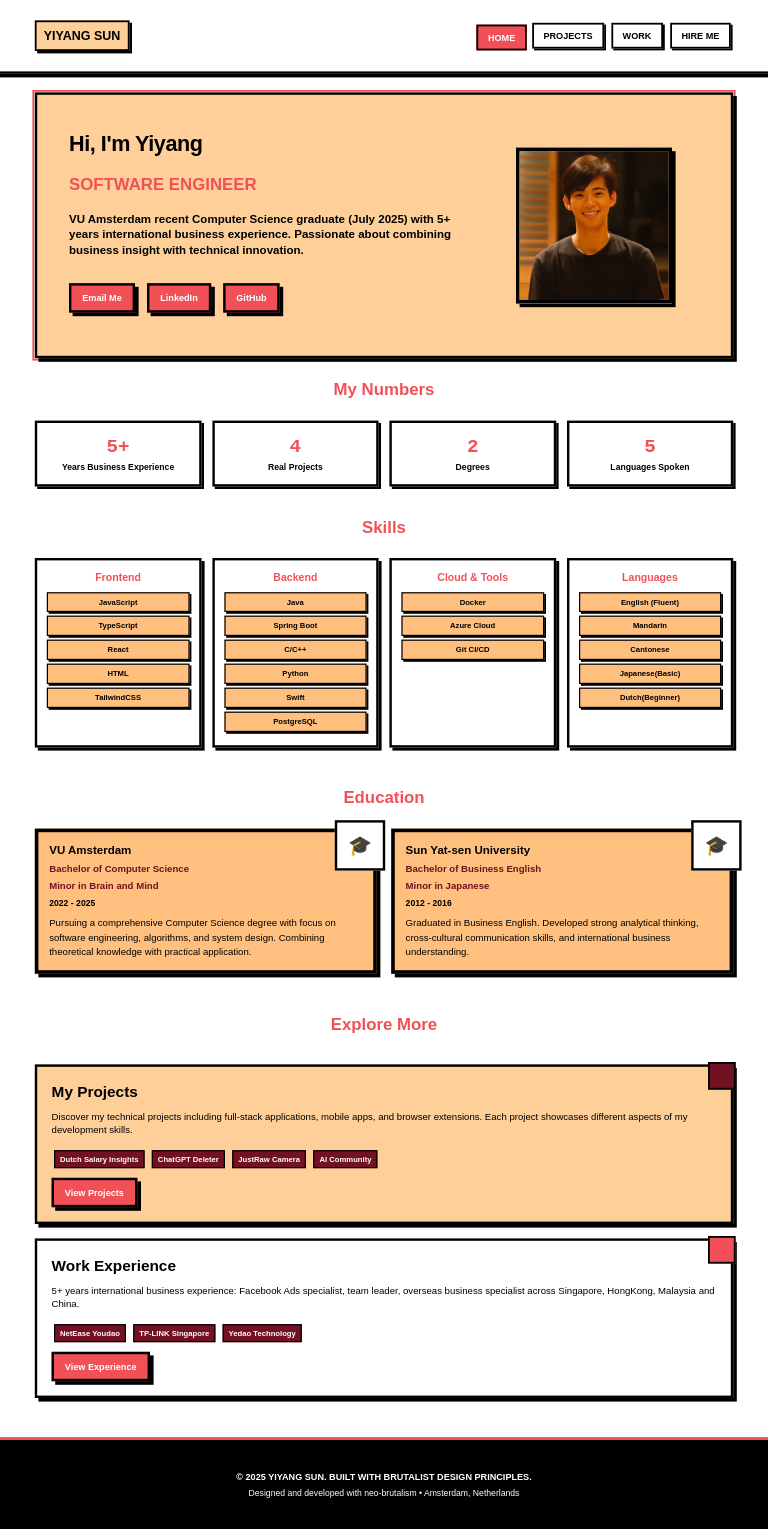
Repository: miloyiyangsun/yiyangsun.github.io
Page: .superdesign/design_iterations/yiyang_home_v2.html
These files come from the project's save history. The page is drawn as it stood at one moment and after the next save; the edit follows.
The browser window is 1280 px wide. The pictures show the whole page, at 60% of full size.

Above is the page before, as saved 2025-09-03 18:37:48.

### .superdesign/design_iterations/yiyang_home_v2.html
<!DOCTYPE html>
<html lang="en">
  <head>
    <meta charset="UTF-8" />
    <meta name="viewport" content="width=device-width, initial-scale=1.0" />
    <title>
      Yiyang Sun - Computer Science Student [Neo-Brutalist Portfolio]
    </title>
    <meta
      name="description"
      content="Yiyang Sun - VU Amsterdam Computer Science student with 5+ years business experience. Neo-brutalist portfolio design."
    />

    <!-- Neo-Brutalist Theme -->
    <link rel="stylesheet" href="brutalist_theme_v2.css" />

    <style>
      /* Page-specific brutal styles */
      body {
        padding-top: 120px;
        background: #ffffff;
      }

      .main-container {
        max-width: 1200px;
        margin: 0 auto;
        padding: 18px;
      }

      /* Navigation Layout - Right Align */
      .brutalist-nav .main-container {
        display: flex;
        justify-content: space-between;
        align-items: center;
      }

      .nav-links {
        display: flex;
        gap: 4px;
      }

      /* Navigation Brand - Brutalist */
      .nav-brand {
        background: #ffcf99;
        border: 3px solid #000000;
        padding: 8px 12px;
        box-shadow: 4px 4px 0 #000000;
        font-weight: 900;
      }

      /* Hero Layout - Left Right */
      .hero-layout {
        display: grid;
        grid-template-columns: 1fr 350px;
        gap: 48px;
        align-items: center;
        max-width: 1050px;
        margin: 0 auto;
      }

      .hero-content {
        text-align: left;
      }

      .hero-avatar {
        display: flex;
        justify-content: center;
        align-items: center;
      }

      /* Hero Avatar - Brutalist */
      .brutalist-avatar-container {
        display: inline-block;
        position: relative;
      }

      .brutalist-avatar {
        width: 260px;
        height: 260px;
        border: 6px solid #000000;
        box-shadow: 6px 6px 0 #000000;
        display: block;
        border-radius: 0;
        object-fit: cover;
      }

      /* Stats specific styling */
      .stats-section {
        margin: 32px 0;
      }

      /* Skills brutal grid */
      .skills-brutal-grid {
        display: grid;
        grid-template-columns: repeat(4, 1fr);
        gap: 18px;
        margin: 24px 0;
      }

      .skill-category {
        background: #ffffff;
        border: 4px solid #000000;
        padding: 16px;
        box-shadow: 5px 5px 0 #000000;
      }

      .skill-category h3 {
        color: #f15156;
        font-size: 1.1rem;
        margin-bottom: 12px;
        text-align: center;
      }

      .skill-item {
        background: #ffc07f;
        border: 2px solid #000000;
        padding: 6px 10px;
        margin: 6px 0;
        font-weight: 700;
        font-size: 0.8rem;
        text-align: center;
        box-shadow: 3px 3px 0 #000000;
      }

      .skill-item:hover {
        background: #f15156;
        color: #ffffff;
        transform: translate(-1px, -1px);
        box-shadow: 4px 4px 0 #000000;
      }

      /* Preview cards brutal */
      .preview-section {
        margin: 48px 0;
      }

      .preview-card {
        background: #ffffff;
        border: 4px solid #000000;
        padding: 24px;
        margin: 24px 0;
        box-shadow: 6px 6px 0 #000000;
        position: relative;
      }

      .preview-card::before {
        content: "";
        position: absolute;
        top: -8px;
        right: -8px;
        width: 40px;
        height: 40px;
        background: #f15156;
        border: 3px solid #000000;
      }

      .preview-card:nth-child(even) {
        background: #ffcf99;
      }

      .preview-card:nth-child(even)::before {
        background: #721121;
      }

      .preview-title {
        font-size: 1.6rem;
        font-weight: 900;
        color: #000000;
        margin-bottom: 12px;
      }

      .preview-description {
        font-size: 1rem;
        line-height: 1.4;
        margin-bottom: 18px;
      }

      .preview-tags {
        margin: 12px 0;
      }

      .preview-tag {
        display: inline-block;
        background: #721121;
        color: #ffffff;
        padding: 4px 8px;
        margin: 4px;
        border: 2px solid #000000;
        font-weight: 700;
        font-size: 0.8rem;
      }

      /* Education Section - Brutal */
      .education-grid {
        display: grid;
        grid-template-columns: repeat(auto-fit, minmax(400px, 1fr));
        gap: 24px;
        margin: 32px 0;
      }

      .education-card {
        background: #ffc07f;
        border: 6px solid #000000;
        padding: 18px;
        box-shadow: 6px 6px 0 #000000;
        position: relative;
      }

      .education-card::before {
        content: "🎓";
        position: absolute;
        top: -20px;
        right: -20px;
        font-size: 2rem;
        background: #ffffff;
        border: 4px solid #000000;
        padding: 8px;
        width: 60px;
        height: 60px;
        display: flex;
        align-items: center;
        justify-content: center;
      }

      .edu-institution {
        font-size: 1.2rem;
        font-weight: 900;
        color: #000000;
        margin-bottom: 6px;
      }

      .edu-degree {
        font-size: 1rem;
        font-weight: 700;
        color: #721121;
        margin-bottom: 6px;
      }

      .edu-period {
        font-size: 0.9rem;
        font-weight: 600;
        color: #000000;
        margin-bottom: 12px;
      }

      .edu-description {
        font-size: 1rem;
        line-height: 1.5;
        font-weight: 500;
      }

      /* Mobile brutal responsive */
      @media (max-width: 768px) {
        .hero-layout {
          grid-template-columns: 1fr;
          gap: 24px;
          text-align: center;
        }

        .hero-content {
          text-align: center;
          order: 2;
        }

        .hero-avatar {
          order: 1;
        }

        .brutalist-avatar {
          width: 225px;
          height: 225px;
        }

        .education-grid {
          grid-template-columns: 1fr;
        }

        .skills-brutal-grid {
          grid-template-columns: repeat(2, 1fr);
          gap: 12px;
        }

        .preview-card {
          padding: 16px;
          margin: 16px 0;
        }

        .nav-brand {
          font-size: 1.1rem !important;
          padding: 6px 10px;
        }

        .nav-links {
          gap: 2px;
        }
      }
    </style>
  </head>

  <body>
    <!-- Brutalist Navigation -->
    <nav class="brutalist-nav">
      <div class="main-container">
        <strong class="nav-brand" style="font-size: 1.3rem">YIYANG SUN</strong>
        <div class="nav-links">
          <a href="yiyang_home_v2.html" class="brutalist-nav-item active"
            >HOME</a
          >
          <a href="yiyang_projects_v2.html" class="brutalist-nav-item"
            >PROJECTS</a
          >
          <a href="yiyang_work_v2.html" class="brutalist-nav-item">WORK</a>
          <a href="yiyang_hireme_v2.html" class="brutalist-nav-item">HIRE ME</a>
        </div>
      </div>
    </nav>

    <!-- Main Content -->
    <main class="main-container">
      <!-- Hero Section - Brutalist -->
      <section class="brutalist-hero">
        <div class="hero-layout">
          <div class="hero-content">
            <h1 class="title-huge" style="margin: 24px 0">Hi, I'm Yiyang</h1>
            <h2
              class="title-large"
              style="margin: 16px 0; text-transform: uppercase"
            >
              software engineer
            </h2>

            <p
              style="
                font-size: 1.2rem;
                margin: 24px 0;
                font-weight: 700;
                line-height: 1.4;
              "
            >
              VU Amsterdam recent Computer Science graduate (July 2025) with 5+
              years international business experience. Passionate about
              combining business insight with technical innovation.
            </p>

            <div style="margin: 32px 0">
              <a
                href="mailto:miloyysun@outlook.com"
                class="brutalist-button"
                style="margin: 8px 8px 8px 0"
                >Email Me</a
              >
              <a
                href="https://linkedin.com/in/yiyangsunmilo"
                class="brutalist-button"
                style="margin: 8px"
                >LinkedIn</a
              >
              <a
                href="https://github.com/miloyiyangsun"
                class="brutalist-button"
                style="margin: 8px"
                >GitHub</a
              >
            </div>
          </div>

          <div class="hero-avatar">
            <div class="brutalist-avatar-container">
              <img
                src="../../assets/images/yiyang-photo.jpg"
                alt="Yiyang Sun"
                class="brutalist-avatar"
              />
            </div>
          </div>
        </div>
      </section>

      <!-- Stats Section - Brutalist -->
      <section class="stats-section">
        <h2 class="title-large brutalist-text-center" style="margin: 32px 0">
          My Numbers
        </h2>

        <div class="brutalist-stats">
          <div class="brutalist-stat">
            <span class="brutalist-stat-number">5+</span>
            <span class="brutalist-stat-label">Years Business Experience</span>
          </div>
          <div class="brutalist-stat">
            <span class="brutalist-stat-number">4</span>
            <span class="brutalist-stat-label">Real Projects</span>
          </div>
          <div class="brutalist-stat">
            <span class="brutalist-stat-number">2</span>
            <span class="brutalist-stat-label">Degrees</span>
          </div>
          <div class="brutalist-stat">
            <span class="brutalist-stat-number">5</span>
            <span class="brutalist-stat-label">Languages Spoken</span>
          </div>
        </div>
      </section>

      <!-- Skills Section - Brutalist -->
      <section>
        <h2
          class="title-large brutalist-text-center"
          style="margin: 48px 0 32px 0"
        >
          Skills
        </h2>

        <div class="skills-brutal-grid">
          <div class="skill-category">
            <h3>Frontend</h3>
            <div class="skill-item">JavaScript</div>
            <div class="skill-item">TypeScript</div>
            <div class="skill-item">React</div>
            <div class="skill-item">HTML</div>
            <div class="skill-item">TailwindCSS</div>
          </div>

          <div class="skill-category">
            <h3>Backend</h3>
            <div class="skill-item">Java</div>
            <div class="skill-item">Spring Boot</div>
            <div class="skill-item">C/C++</div>
            <div class="skill-item">Python</div>
            <div class="skill-item">Swift</div>
            <div class="skill-item">PostgreSQL</div>
          </div>

          <div class="skill-category">
            <h3>Cloud & Tools</h3>
            <div class="skill-item">Docker</div>
            <div class="skill-item">Azure Cloud</div>
            <div class="skill-item">Git CI/CD</div>
          </div>

          <div class="skill-category">
            <h3>Languages</h3>
            <div class="skill-item">English (Fluent)</div>
            <div class="skill-item">Mandarin</div>
            <div class="skill-item">Cantonese</div>
            <div class="skill-item">Japanese(Basic)</div>
            <div class="skill-item">Dutch(Beginner)</div>
          </div>
        </div>
      </section>

      <!-- Education Section -->
      <section>
        <h2
          class="title-large brutalist-text-center"
          style="margin: 64px 0 32px 0"
        >
          Education
        </h2>

        <div class="education-grid">
          <div class="education-card">
            <div class="edu-institution">VU Amsterdam</div>
            <div class="edu-degree">Bachelor of Computer Science</div>
            <div class="edu-degree">Minor in Brain and Mind</div>

            <div class="edu-period">2022 - 2025</div>
            <div class="edu-description">
              Pursuing a comprehensive Computer Science degree with focus on
              software engineering, algorithms, and system design. Combining
              theoretical knowledge with practical application.
            </div>
          </div>

          <div class="education-card">
            <div class="edu-institution">Sun Yat-sen University</div>
            <div class="edu-degree">Bachelor of Business English</div>
            <div class="edu-degree">Minor in Japanese</div>

            <div class="edu-period">2012 - 2016</div>
            <div class="edu-description">
              Graduated in Business English. Developed strong analytical
              thinking, cross-cultural communication skills, and international
              business understanding.
            </div>
          </div>
        </div>
      </section>

      <!-- Preview Cards Section - Brutalist -->
      <section class="preview-section">
        <h2
          class="title-large brutalist-text-center"
          style="margin: 64px 0 48px 0"
        >
          Explore More
        </h2>

        <div class="preview-card">
          <div class="preview-title">My Projects</div>
          <div class="preview-description">
            Discover my technical projects including full-stack applications,
            mobile apps, and browser extensions. Each project showcases
            different aspects of my development skills.
          </div>
          <div class="preview-tags">
            <span class="preview-tag">Dutch Salary Insights</span>
            <span class="preview-tag">ChatGPT Deleter</span>
            <span class="preview-tag">JustRaw Camera</span>
            <span class="preview-tag">AI Community</span>
          </div>
          <a href="yiyang_projects_v2.html" class="brutalist-button"
            >View Projects</a
          >
        </div>

        <div class="preview-card">
          <div class="preview-title">Work Experience</div>
          <div class="preview-description">
            5+ years international business experience: Facebook Ads specialist,
            team leader, overseas business specialist across Singapore,
            HongKong, Malaysia and China.
          </div>
          <div class="preview-tags">
            <span class="preview-tag">NetEase Youdao</span>
            <span class="preview-tag">TP-LINK Singapore</span>
            <span class="preview-tag">Yedao Technology</span>
          </div>
          <a href="yiyang_work_v2.html" class="brutalist-button"
            >View Experience</a
          >
        </div>

        <!-- <div class="preview-card">
                <div class="preview-title">Personal Journey</div>
                <div class="preview-description">
                    From business professional to computer science student: Sun Yat-sen University (Business English)
                    to VU Amsterdam (Computer Science), volunteer work, and AI community building.
                </div>
                <div class="preview-tags">
                    <span class="preview-tag">VU Amsterdam CS</span>
                    <span class="preview-tag">Sun Yat-sen University</span>
                    <span class="preview-tag">Career Transition</span>
                </div>
            </div> -->
      </section>
    </main>

    <!-- Footer - Brutalist -->
    <footer
      style="
        background: #000000;
        color: #ffffff;
        padding: 32px;
        text-align: center;
        border-top: 4px solid #f15156;
      "
    >
      <div class="main-container">
        <p style="font-weight: 700; margin-bottom: 8px">
          &copy; 2025 YIYANG SUN. BUILT WITH BRUTALIST DESIGN PRINCIPLES.
        </p>
        <p style="font-size: 0.9rem">
          Designed and developed with neo-brutalism • Amsterdam, Netherlands
        </p>
      </div>
    </footer>

    <script>
      // Minimal JavaScript - True to brutalist philosophy
      console.log("🏗️ YIYANG SUN PORTFOLIO - NEO-BRUTALIST VERSION");
      console.log("Built with minimal JS, maximum impact!");

      // Simple click feedback for brutalist buttons
      document
        .querySelectorAll(".brutalist-button, .skill-item")
        .forEach((element) => {
          element.addEventListener("mousedown", function () {
            this.style.transform = "translate(3px, 3px)";
            this.style.boxShadow = "none";
          });

          element.addEventListener("mouseup", function () {
            this.style.transform = "";
            this.style.boxShadow = "";
          });
        });
    </script>
  </body>
</html>

Loaded but not shown: .superdesign/design_iterations/brutalist_theme_v2.css (336 lines, source omitted)

After the next save:
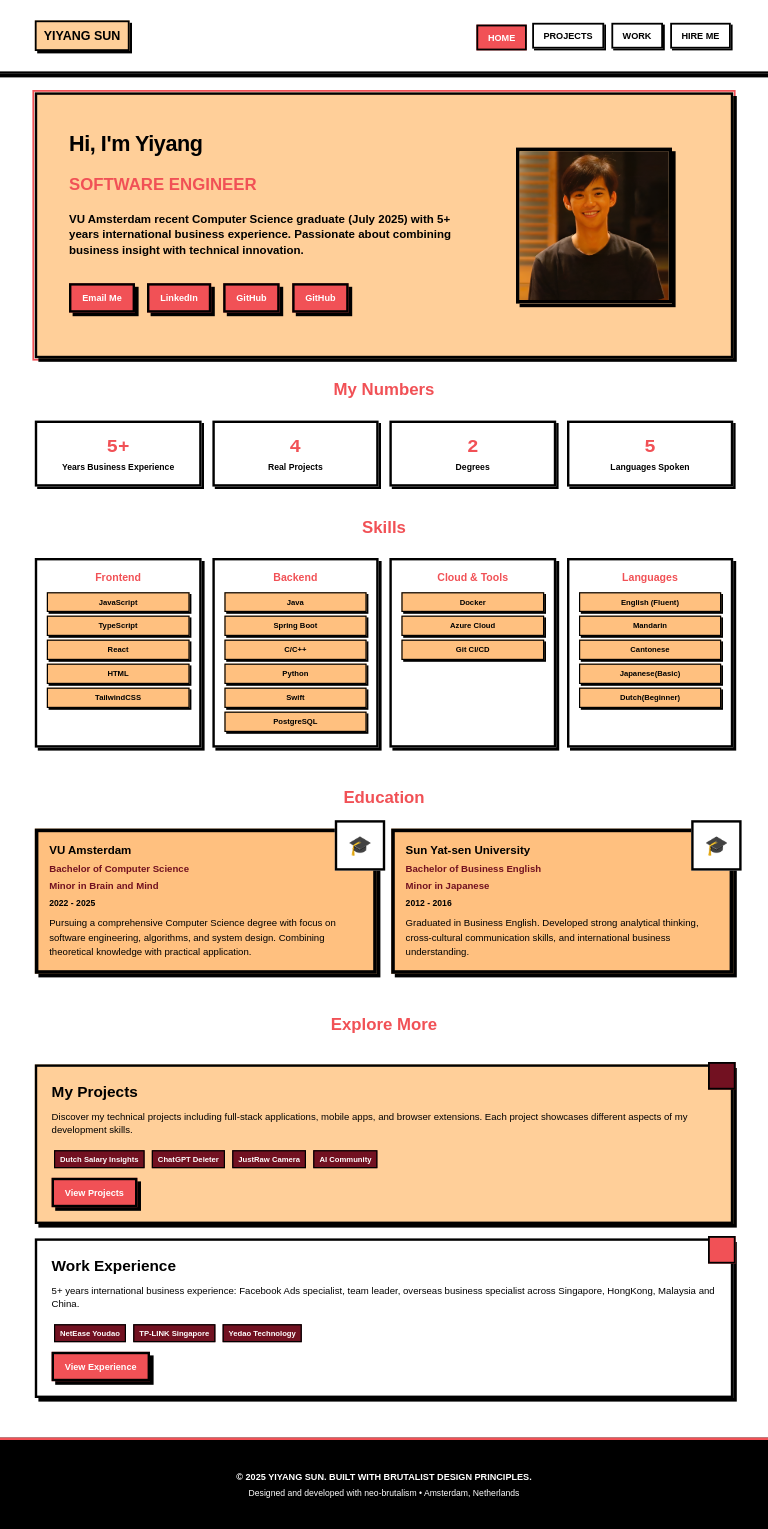
Saved 10 s later.
--- a/.superdesign/design_iterations/yiyang_home_v2.html
+++ b/.superdesign/design_iterations/yiyang_home_v2.html
@@ -361,6 +361,12 @@
                 style="margin: 8px"
                 >GitHub</a
               >
+              <a
+                href="https://github.com/miloyiyangsun"
+                class="brutalist-button"
+                style="margin: 8px"
+                >GitHub</a
+              >
             </div>
           </div>
 
